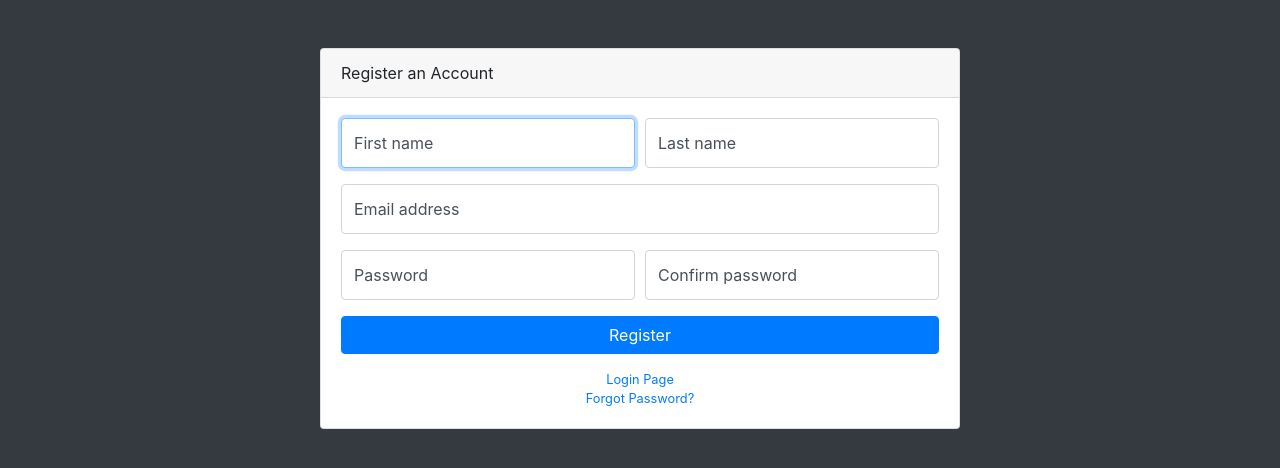
Repository: Map2g/GroupMeet
Page: register.html
The author's editor kept a record of every edit. The page is drawn from the files as they stood at one moment, then again after the next edit.
The browser window is 1280 px wide. The pictures show the whole page.

Above is the page before.

After the next edit:
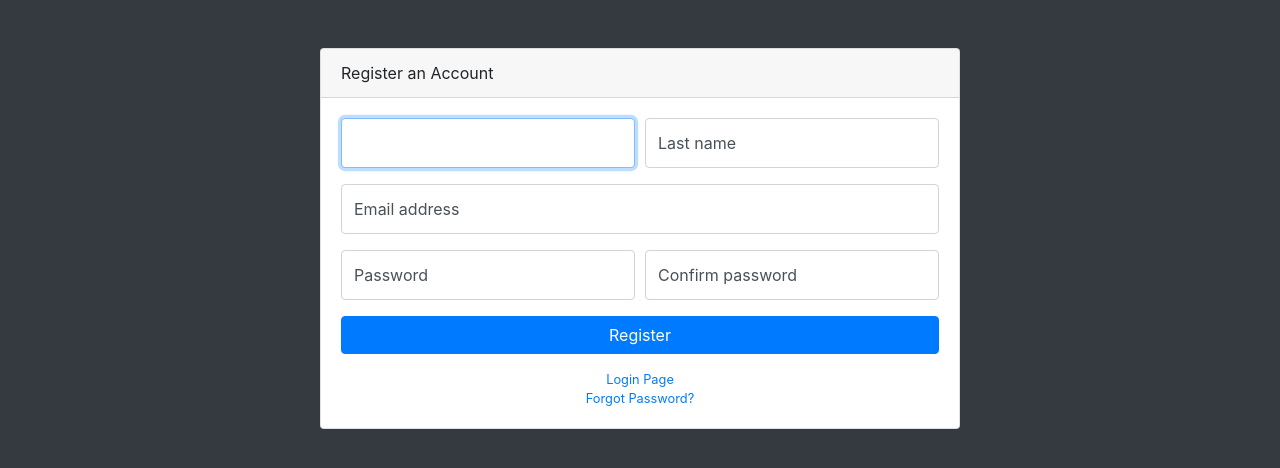
The edit:
--- a/register.html
+++ b/register.html
@@ -32,7 +32,7 @@
                 <div class="form-label-group">
                    <input type="text" name="fname" class="form-control" placeholder=" " required="required" autofocus="autofocus">
                       <!--first_name: <input type = "text" name = "fname">-->
-                  <label for="firstName">First name</label>
+
                 </div>
               </div>
               <div class="col-md-6">
